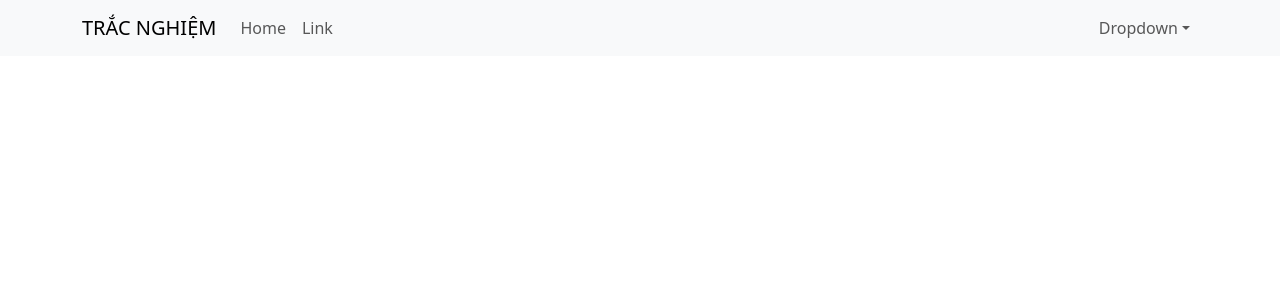
Repository: bichtram-1/webTN
Page: /
The author's editor kept a copy of each file at every save. The page is drawn from the files as they stood at one save, then again after the next save.
The browser window is 1280 px wide. The pictures show the whole page.
The project was rebuilt for these pictures with package versions that can differ from the ones it lists, and the page was loaded fresh each time.

Above is the page before, as saved 2025-08-17 19:48:54.

After the next save:
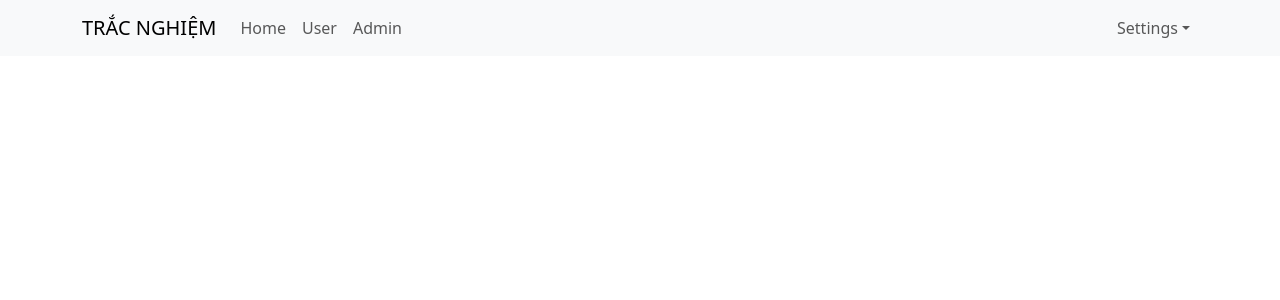
Saved 2 min 44 s later.
--- a/src/components/Header/Header.js
+++ b/src/components/Header/Header.js
@@ -12,20 +12,20 @@ const Header= () =>{
         <Navbar.Collapse id="basic-navbar-nav">
           <Nav className="me-auto">
             <Nav.Link href="#home">Home</Nav.Link>
-            <Nav.Link href="#link">Link</Nav.Link>
+            <Nav.Link href="#link">User </Nav.Link>
+            <Nav.Link href="#link">Admin</Nav.Link>
+
 
           </Nav>
           <Nav>
-             <NavDropdown title="Dropdown" id="basic-nav-dropdown">
-              <NavDropdown.Item href="#action/3.1">Action</NavDropdown.Item>
+             <NavDropdown title="Settings" id="basic-nav-dropdown">
+              <NavDropdown.Item href="#action/3.1">log in</NavDropdown.Item>
               <NavDropdown.Item href="#action/3.2">
-                Another action
+                log out
               </NavDropdown.Item>
-              <NavDropdown.Item href="#action/3.3">Something</NavDropdown.Item>
-              <NavDropdown.Divider />
-              <NavDropdown.Item href="#action/3.4">
-                Separated link
-              </NavDropdown.Item>
+              <NavDropdown.Item href="#action/3.1">Profile</NavDropdown.Item>
+
+
             </NavDropdown>
           </Nav>
         </Navbar.Collapse>
